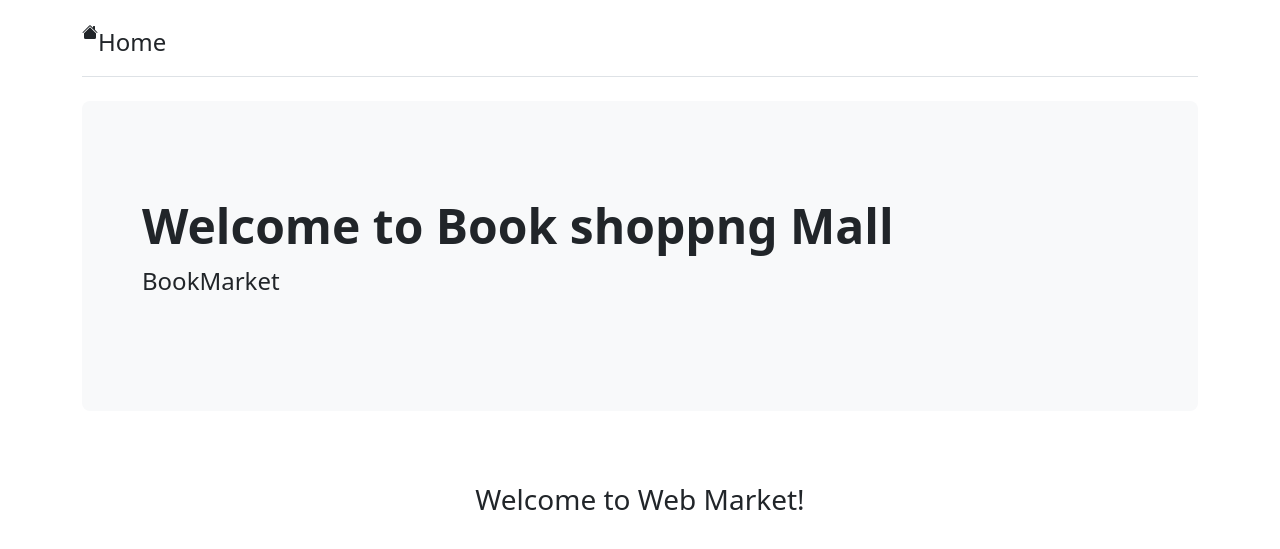
Repository: penguinjava/JSPBook
Page: http://localhost/JSPBook/welcome.jsp
These files come from the project's save history. The page is drawn as it stood at one moment and after the next save; the edit follows.
The browser window is 1280 px wide. The pictures show the whole page.
The page is served by Tomcat 9. Other server files are loaded and not shown.

Above is the page before, as saved 2024-10-30 16:05:29.

### JSPBook/src/main/webapp/welcome.jsp
<%@ page language="java" contentType="text/html; charset=UTF-8"
    pageEncoding="UTF-8"%>
<!DOCTYPE html>
<html>
<head>
<link href="https://cdn.jsdelivr.net/npm/bootstrap@5.3.3/dist/css/bootstrap.min.css" rel="stylesheet" integrity="sha384-QWTKZyjpPEjISv5WaRU9OFeRpok6YctnYmDr5pNlyT2bRjXh0JMhjY6hW+ALEwIH" crossorigin="anonymous">
<meta charset="UTF-8">
<title>Welcome</title>
</head>
<body>
	<div class="container py-4">
	<header class= "pb-3 mb-4 border-bottom">
	<a href="./welcome.jsp" class="d-flex align-iems-center text-dark
	text-decoration-none">
	<svg xmlns="http://www.w3.org/2000/svg" width="16" height="16" fill="currentColor" class="bi bi-house-fill" viewBox="0 0 16 16">
  <path d="M8.707 1.5a1 1 0 0 0-1.414 0L.646 8.146a.5.5 0 0 0 .708.708L8 2.207l6.646 6.647a.5.5 0 0 0 .708-.708L13 5.793V2.5a.5.5 0 0 0-.5-.5h-1a.5.5 0 0 0-.5.5v1.293z"/>
  <path d="m8 3.293 6 6V13.5a1.5 1.5 0 0 1-1.5 1.5h-9A1.5 1.5 0 0 1 2 13.5V9.293z"/>
</svg>
		<span class="fs-4">Home</span>
	</a>
	</header>
	<%! String greeting = "Welcome to Book shoppng Mall";
		String tagline = "Welcome to Web Market!";
	%>
	<div class="p-5 mb-4 bg-body-tertiary rounded-3">
	<div class="container-fluid py-5">
	<h1 class="display-5 fw-bold"><%=greeting %></h1>
	<p class="col-md-8 fs-4">BookMarket</p>
	</div>
	</div>
	<div class="row align-items-md-stretch	text-center">
	<div class="col-md-12">
	<div class="h-100 p-5">
		<h3><%=tagline %></h3>
	</div>
	</div>
	</div>
	</div>
</body>
</html>

After the next save:
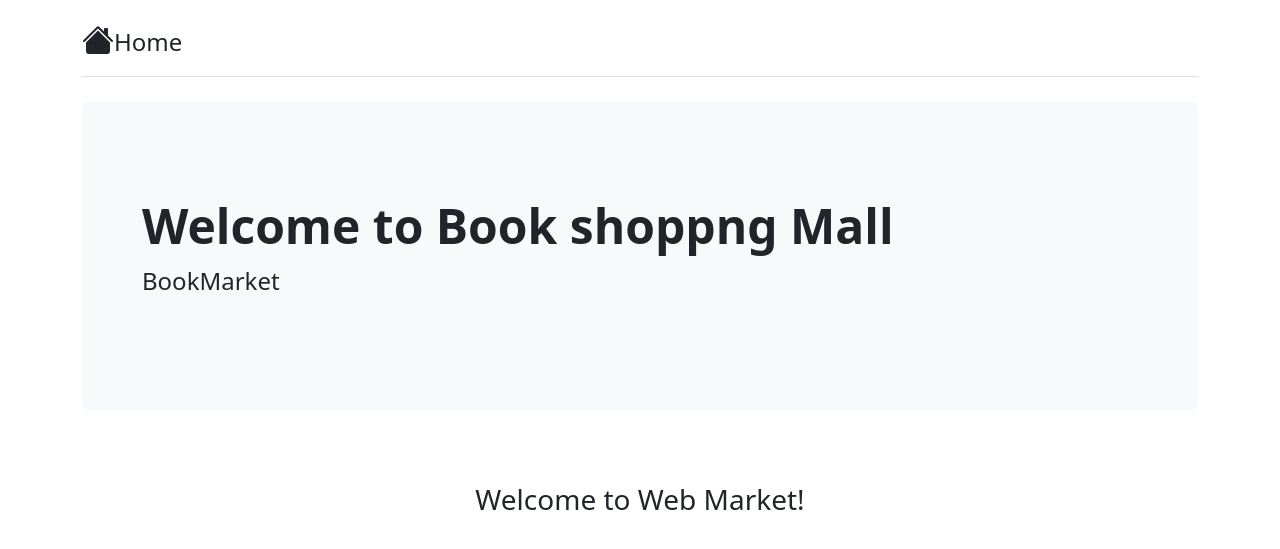
Saved 33 s later.
--- a/JSPBook/src/main/webapp/welcome.jsp
+++ b/JSPBook/src/main/webapp/welcome.jsp
@@ -12,10 +12,10 @@
 	<header class= "pb-3 mb-4 border-bottom">
 	<a href="./welcome.jsp" class="d-flex align-iems-center text-dark
 	text-decoration-none">
-	<svg xmlns="http://www.w3.org/2000/svg" width="16" height="16" fill="currentColor" class="bi bi-house-fill" viewBox="0 0 16 16">
-  <path d="M8.707 1.5a1 1 0 0 0-1.414 0L.646 8.146a.5.5 0 0 0 .708.708L8 2.207l6.646 6.647a.5.5 0 0 0 .708-.708L13 5.793V2.5a.5.5 0 0 0-.5-.5h-1a.5.5 0 0 0-.5.5v1.293z"/>
+	<svg width="32" height="32" fill="currentColor" class="bi bi-house-fill" viewBox="0 0 16 16">
+	<path d="M8.707 1.5a1 1 0 0 0-1.414 0L.646 8.146a.5.5 0 0 0 .708.708L8 2.207l6.646 6.647a.5.5 0 0 0 .708-.708L13 5.793V2.5a.5.5 0 0 0-.5-.5h-1a.5.5 0 0 0-.5.5v1.293z"/>
   <path d="m8 3.293 6 6V13.5a1.5 1.5 0 0 1-1.5 1.5h-9A1.5 1.5 0 0 1 2 13.5V9.293z"/>
-</svg>
+	</svg>
 		<span class="fs-4">Home</span>
 	</a>
 	</header>
